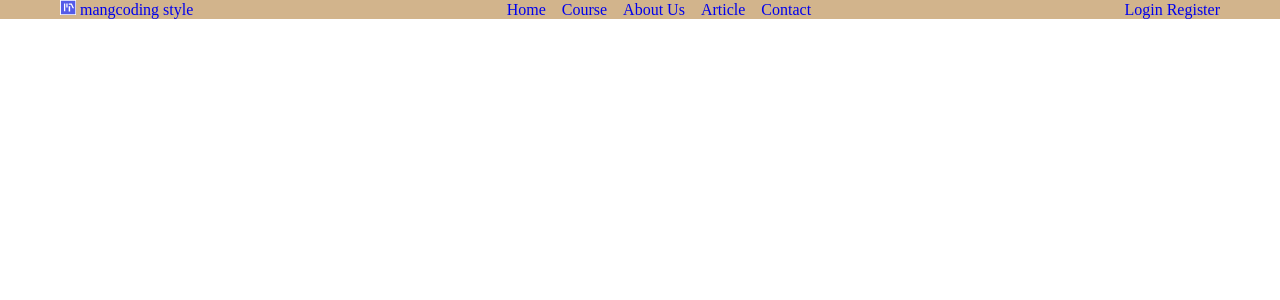
Repository: Dania-Alqam/landing-page
Page: index.html
An editor plug-in stored every save of this project. The page is shown before and after the next save, followed by the edit.
The browser window is 1280 px wide. The pictures show the whole page.

Above is the page before, as saved 2024-06-21 19:22:29.

After the next save:
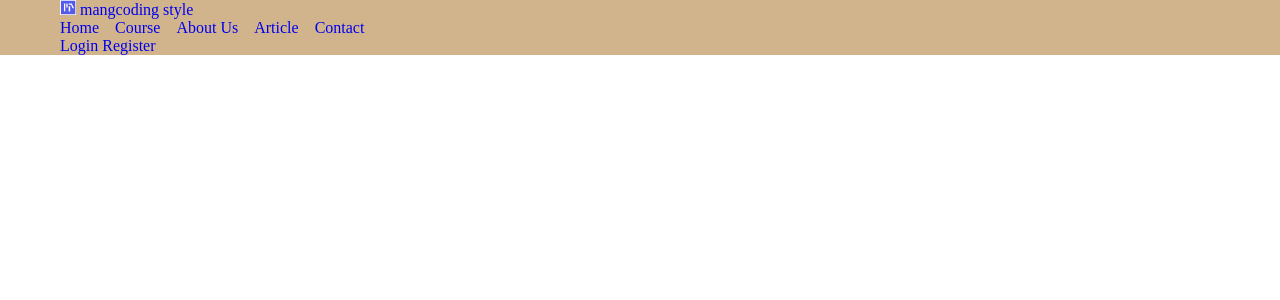
Saved 41 s later.
--- a/assests/css/main.css
+++ b/assests/css/main.css
@@ -22,11 +22,6 @@ ul{
     background-color: tan
 }
 
-.row{
-    display: flex;
-    justify-content: space-between;
-    align-items: center;
-}
 
 .nav ul{
     display: flex;
